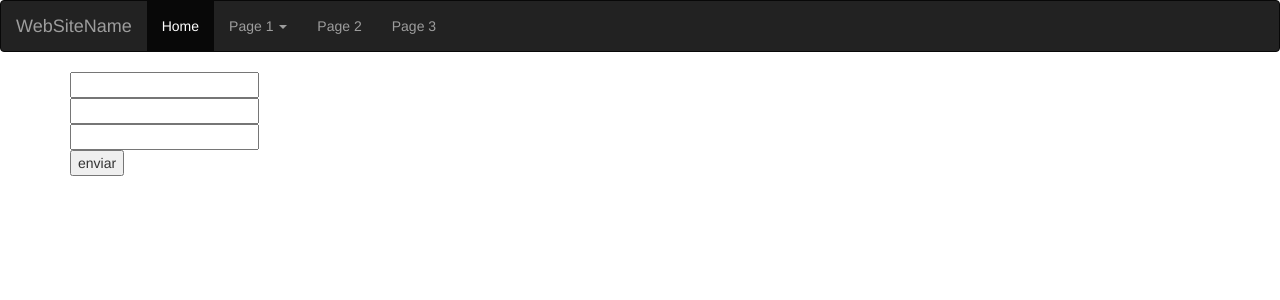
Repository: UAQJavaEveris/ProyectoFinalJuanCarlos
Page: http://localhost/WebCliente/
These files come from the project's save history. The page is drawn as it stood at one moment and after the next save; the edit follows.
The browser window is 1280 px wide. The pictures show the whole page.
Some web libraries are served in a nearby version. The page is served by Tomcat 9. Other server files are loaded and not shown.

Above is the page before, as saved 2016-12-10 02:52:21.

### WebCliente/WebContent/index.jsp
<%@ page language="java" contentType="text/html; charset=ISO-8859-1"
    pageEncoding="ISO-8859-1"%>
<!DOCTYPE html PUBLIC "-//W3C//DTD HTML 4.01 Transitional//EN" "http://www.w3.org/TR/html4/loose.dtd">
<html>
<head>
<meta http-equiv="Content-Type" content="text/html; charset=ISO-8859-1">
<title>Pagina Principal</title>
<meta charset="utf-8">
  <meta name="viewport" content="width=device-width, initial-scale=1">
  <link rel="stylesheet" href="https://maxcdn.bootstrapcdn.com/bootstrap/3.3.7/css/bootstrap.min.css">
  <script src="https://ajax.googleapis.com/ajax/libs/jquery/3.1.1/jquery.min.js"></script>
  <script src="https://maxcdn.bootstrapcdn.com/bootstrap/3.3.7/js/bootstrap.min.js"></script>
</head>
<body>
<nav class="navbar navbar-inverse">
  <div class="container-fluid">
    <div class="navbar-header">
      <a class="navbar-brand" href="#">WebSiteName</a>
    </div>
    <ul class="nav navbar-nav">
      <li class="active"><a href="#">Home</a></li>
      <li class="dropdown">
        <a class="dropdown-toggle" data-toggle="dropdown" href="#">Page 1
        <span class="caret"></span></a>
        <ul class="dropdown-menu">
          <li><a href="#">Page 1-1</a></li>
          <li><a href="#">Page 1-2</a></li>
          <li><a href="#">Page 1-3</a></li>
        </ul>
      </li>
      <li><a href="#">Page 2</a></li>
      <li><a href="#">Page 3</a></li>
    </ul>
  </div>
</nav>
<div class="container">
<form action="Controller" method="Post">
<input type="txt" name="nombre"><br>
<input type="txt" name="apellidos"><br>
<input type="txt" name="logros"><br>
<input type="submit" value="enviar"></input>
</form><br>
</div>
<%
String nombre_variable = (String)session.getAttribute("exito");
%>
</body>
</html>

After the next save:
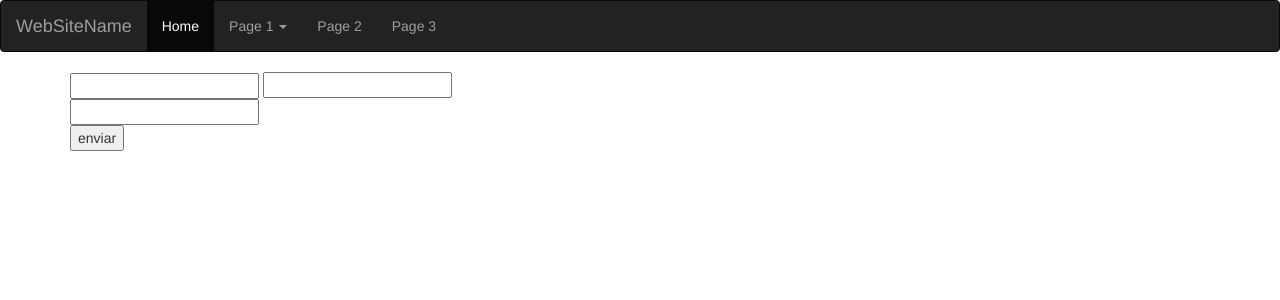
Saved 2 min 4 s later.
--- a/WebCliente/WebContent/index.jsp
+++ b/WebCliente/WebContent/index.jsp
@@ -34,8 +34,13 @@
   </div>
 </nav>
 <div class="container">
-<form action="Controller" method="Post">
-<input type="txt" name="nombre"><br>
+<form  class="form-inline" action="Controller" method="Post">
+
+  <div class="form-group">
+    <label class="sr-only" for="nombre">Nombre:</label>
+    <input type="txt" name="nombre"><br>
+  </div>
+
 <input type="txt" name="apellidos"><br>
 <input type="txt" name="logros"><br>
 <input type="submit" value="enviar"></input>
